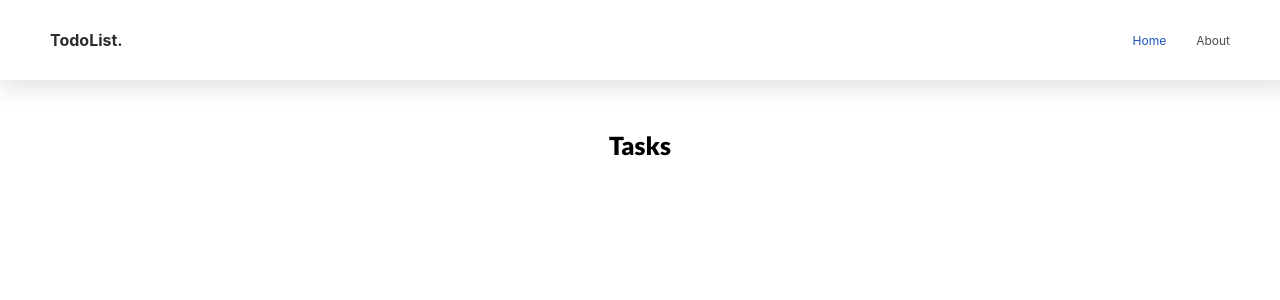
Repository: dqhuy153/react-todoList
Page: /
These files come from the project's save history. The page is drawn as it stood at one moment and after a run of saves; the edit follows.
The browser window is 1280 px wide. The pictures show the whole page.
The project was rebuilt for these pictures with package versions that can differ from the ones it lists, and the page was loaded fresh each time. Also part of the build but not shown: src/components/UI/LoadingSpinner.module.scss.

Above is the page before, as saved 2021-09-16 19:34:53.

After the next 2 saves:
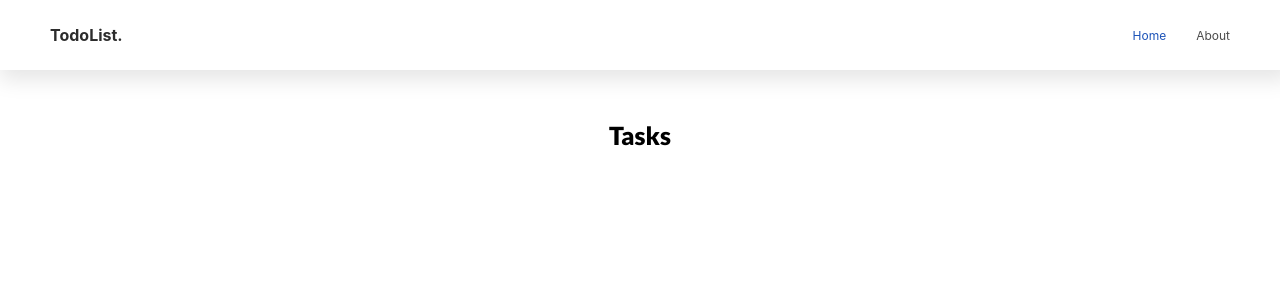
The 2 saves are shown as one change because they came seconds apart.
The last was saved 8 s later.
--- a/src/components/layout/AppNavigation.module.scss
+++ b/src/components/layout/AppNavigation.module.scss
@@ -1,6 +1,6 @@
 .header {
   width: 100%;
-  height: 8rem;
+  height: 7rem;
   display: flex;
   align-items: center;
   justify-content: space-between;
